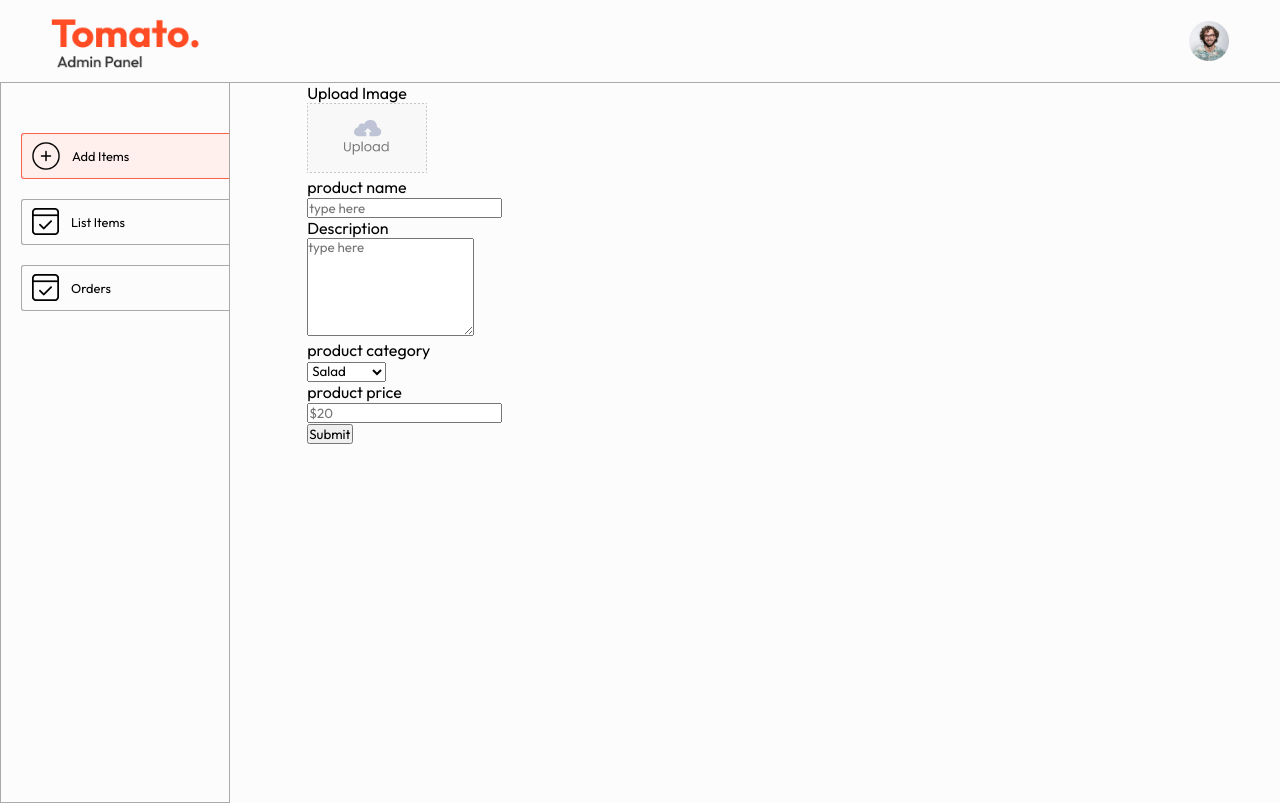
Repository: sodmaq/food-delivery
Page: /add (app in admin/)
These files come from the project's save history. The page is drawn as it stood at one moment and after the next save; the edit follows.
The browser window is 1280 px wide. The pictures show the whole page.
The project was rebuilt for these pictures with package versions that can differ from the ones it lists, and the page was loaded fresh each time. Also part of the build but not shown: admin/vite.config.js, admin/src/pages/orders/Orders.jsx. Imported but missing from the stored project, and not drawn on this page: admin/src/pages/list/List.

Above is the page before, as saved 2024-10-04 22:51:17.

### admin/index.html
<!DOCTYPE html>
<html lang="en">
  <head>
    <meta charset="UTF-8" />
    <link rel="icon" type="image/svg+xml" href="/vite.svg" />
    <meta name="viewport" content="width=device-width, initial-scale=1.0" />
    <title>Admin</title>
  </head>
  <body>
    <div id="root"></div>
    <script type="module" src="/src/main.jsx"></script>
  </body>
</html>

### admin/src/App.jsx
import { NavBar } from "./components/NavBar/NavBar";
import SideBar from "./components/sidebar/SideBar";
import Add from "./pages/add/Add";
import Order from "./pages/orders/Orders";
import List from "./pages/list/List";
import { Routes, Route } from "react-router-dom"; // Import Route

const App = () => {
  return (
    <div>
      <NavBar />
      <hr />
      <div className="app-content">
        <SideBar />
        <Routes>
          <Route path="/add" element={<Add />} />{" "}
          {/* Use Route for each path */}
          <Route path="/list" element={<List />} />
          <Route path="/order" element={<Order />} />
        </Routes>
      </div>
    </div>
  );
};

export default App;

### admin/src/index.css
@import url("https://fonts.googleapis.com/css2?family=Outfit:wght@100..900&display=swap");

* {
  padding: 0;
  margin: 0;
  box-sizing: border-box;
  font-family: Outfit;
  scroll-behavior: smooth;
}
body {
  min-height: 100vh;
  background-color: #fcfcfc;
}

a {
  text-decoration: none;
  color: inherit;
}
hr {
  height: 1px;
  background-color: #a9a9a9;
  border: none;
}

.app-content {
  display: flex;
}

### admin/src/components/NavBar/NavBar.jsx
import "./NavBar.css";
import { assets } from "../../assets/assets";
export const NavBar = () => {
  return (
    <div className="navbar">
      <img className="logo" src={assets.logo} alt="" />
      <img className="profile" src={assets.profile_image} alt="" />
    </div>
  );
};

### admin/src/components/sidebar/SideBar.jsx
import "./SideBar.css";
import { assets } from "../../assets/assets";
import { NavLink } from "react-router-dom";

const SideBar = () => {
  return (
    <div className="sidebar">
      <div className="sidebar-options">
        <NavLink to="/add" className="sidebar-option">
          <img src={assets.add_icon} alt="Add Icon" />
          <p>Add Items</p>
        </NavLink>
        <NavLink to="/list" className="sidebar-option">
          <img src={assets.list_icon || assets.order_icon} alt="List Icon" />{" "}
          {/* Make sure you're using the correct icon */}
          <p>List Items</p>
        </NavLink>
        <NavLink to="/order" className="sidebar-option">
          <img src={assets.order_icon} alt="Order Icon" />
          <p>Orders</p>
        </NavLink>
      </div>
    </div>
  );
};

export default SideBar;

### admin/src/pages/add/Add.jsx
import { assets } from "../../assets/assets";
import "./Add.css";

const Add = () => {
  return (
    <div className="add">
      <form action="" className="flex-col">
        <div className="add-img-upload flex-col">
          <p>Upload Image</p>
          <label htmlFor="image">
            <img src={assets.upload_area} alt="" />
          </label>
          <input type="file" id="image" hidden required />
        </div>
        <div>
          <p>product name</p>
          <input type="text" name="name" placeholder="type here" />
        </div>
        <div className="add-product-description flex-col">
          <p>Description</p>
          <textarea
            name="description"
            rows={6}
            placeholder="type here"
            defaultValue={""}
            required
          ></textarea>
        </div>
        <div className="add-category-price">
          <div className="add-category flex-col">
            <p>product category</p>
            <select name="category">
              <option value="Salad">Salad</option>
              <option value="Rolls">Rolls</option>
              <option value="Deserts"> Deserts</option>
              <option value="Sandwich"> Sandwich</option>
              <option value="Cake"> Cake</option>
              <option value="Pure Veg"> Pure Veg</option>
              <option value="Pasta"> Pasta</option>
              <option value="Noodles"> Noodles</option>
            </select>
          </div>
          <div className="add-price flex-col">
            <p>product price</p>
            <input type="number" name="price" placeholder="$20" />
          </div>
        </div>

        <button type="submit" className="add-btn">
          Submit
        </button>
      </form>
    </div>
  );
};

export default Add;

### admin/src/components/NavBar/NavBar.css
.navbar {
  display: flex;
  justify-content: space-between;
  align-items: center;
  padding: 8px 4%;
}

.navbar .logo {
  width: 150px;
}

.navbar .profile {
  width: 40px;
  cursor: pointer;
}

### admin/src/components/sidebar/SideBar.css
.sidebar {
  width: 18%;
  min-height: 100vh;
  border: 1.5px solid #a9a9a9;
  border-top: 0;
  font-size: max(1vw, 10px);
}

.sidebar-options {
  padding-top: 50px;
  padding-left: 20px;
  display: flex;
  flex-direction: column;
  gap: 40px;
  gap: 20px;
}

.sidebar-option {
  display: flex;
  align-items: center;
  gap: 12px;
  border: 1px solid #a9a9a9;
  border-right: 0;
  padding: 8px 10px;
  border-radius: 3px 0px 0px 3px;
  cursor: pointer;
  transition: 0.2s;
}
.sidebar-option.active {
  background-color: #fff0ed;
  border-color: tomato;
}

@media screen and (max-width: 900px) {
  .sidebar-option p {
    display: none;
  }
}

### admin/src/pages/add/Add.css
.add {
  width: 70%;
  margin: 0 auto;
  display: flex;
  flex-direction: column;
  gap: 20px;
}

Loaded but not shown: admin/src/main.jsx (common file); admin/src/assets/assets.js (common file); admin/src/pages/orders/Orders.css (no stored copy; drawn as an empty file)

After the next save:
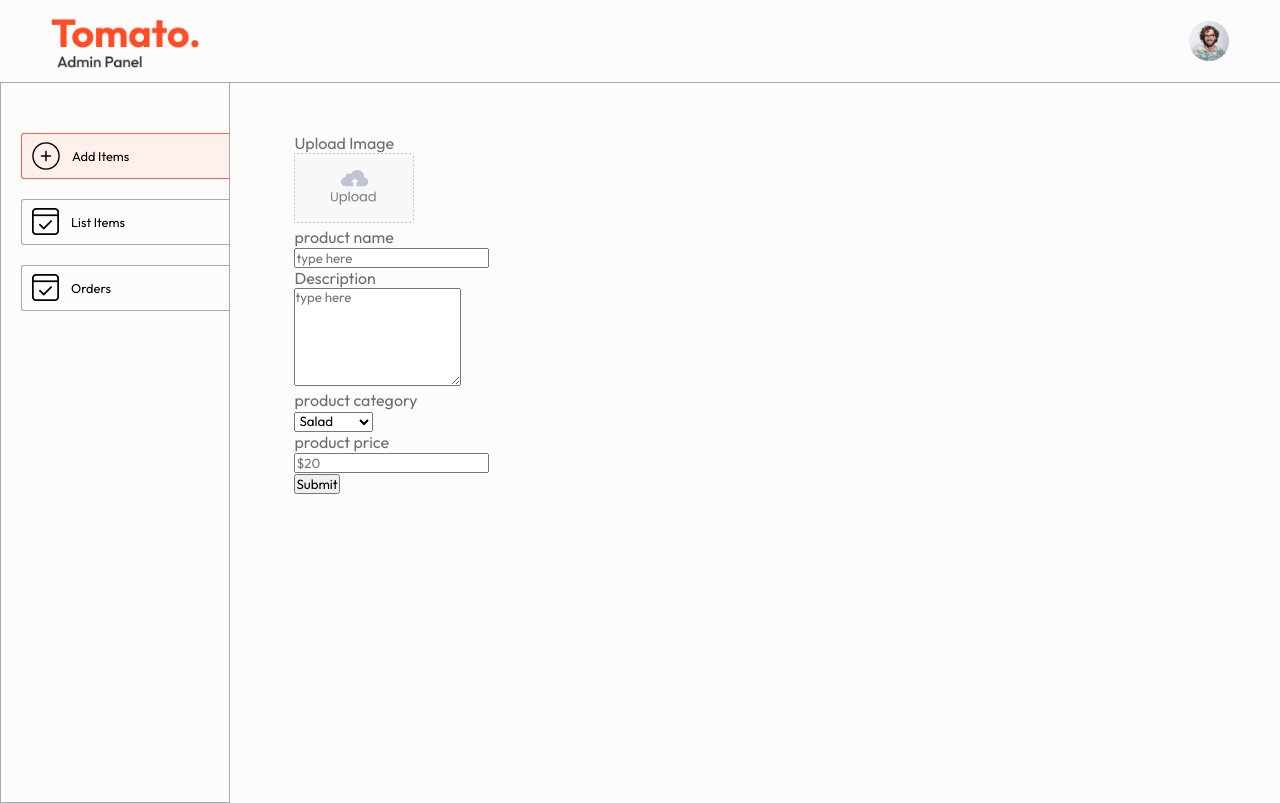
Saved 79 s later.
--- a/admin/src/pages/add/Add.css
+++ b/admin/src/pages/add/Add.css
@@ -1,7 +1,7 @@
 .add {
   width: 70%;
-  margin: 0 auto;
-  display: flex;
-  flex-direction: column;
-  gap: 20px;
+  margin-left: max(5vw, 25px);
+  margin-top: 50px;
+  color: #6d6d6d;
+  font-size: 16px;
 }
